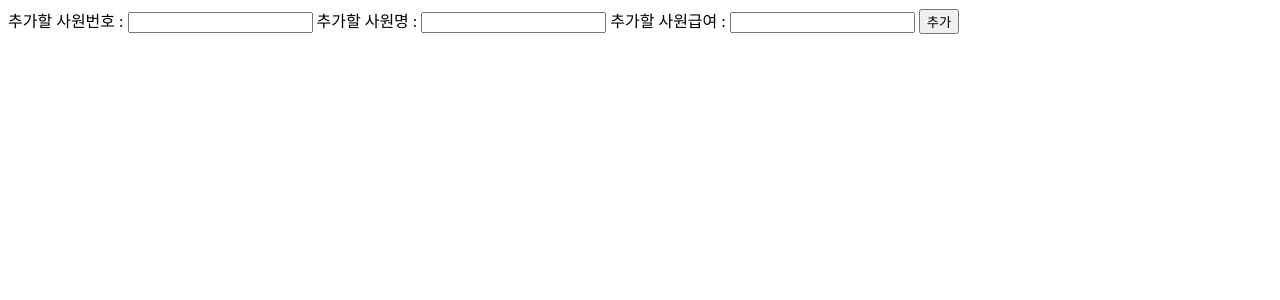
Repository: hsaar/jsworkplace
Page: http://localhost/testjsp/jsp/empAdd.jsp
An editor plug-in stored every save of this project. The page is shown before and after the next save, followed by the edit.
The browser window is 1280 px wide. The pictures show the whole page.
The page is served by Tomcat 9.

Above is the page before, as saved 2025-08-25 06:08:39.

After the next save:
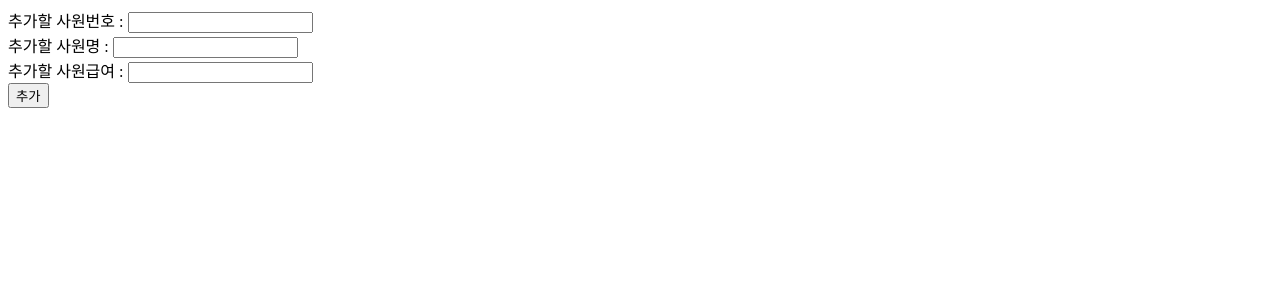
Saved 96 s later.
--- a/testjsp/src/main/webapp/jsp/empAdd.jsp
+++ b/testjsp/src/main/webapp/jsp/empAdd.jsp
@@ -9,9 +9,9 @@
 <body>
 	<div class = "add">
 		<form action="empAdd_ok.jsp" method="post">
-			추가할 사원번호 : <input type="text" id = "addEmpno">
-			추가할 사원명 : <input type="text" id = "addEname">
-			추가할 사원급여 : <input type="text" id = "addSal">
+			추가할 사원번호 : <input type="text" id = "addEmpno"><br>
+			추가할 사원명 : <input type="text" id = "addEname"><br>
+			추가할 사원급여 : <input type="text" id = "addSal"><br>
 			<input type="submit" value = "추가">
 		</form>
 	</div>
